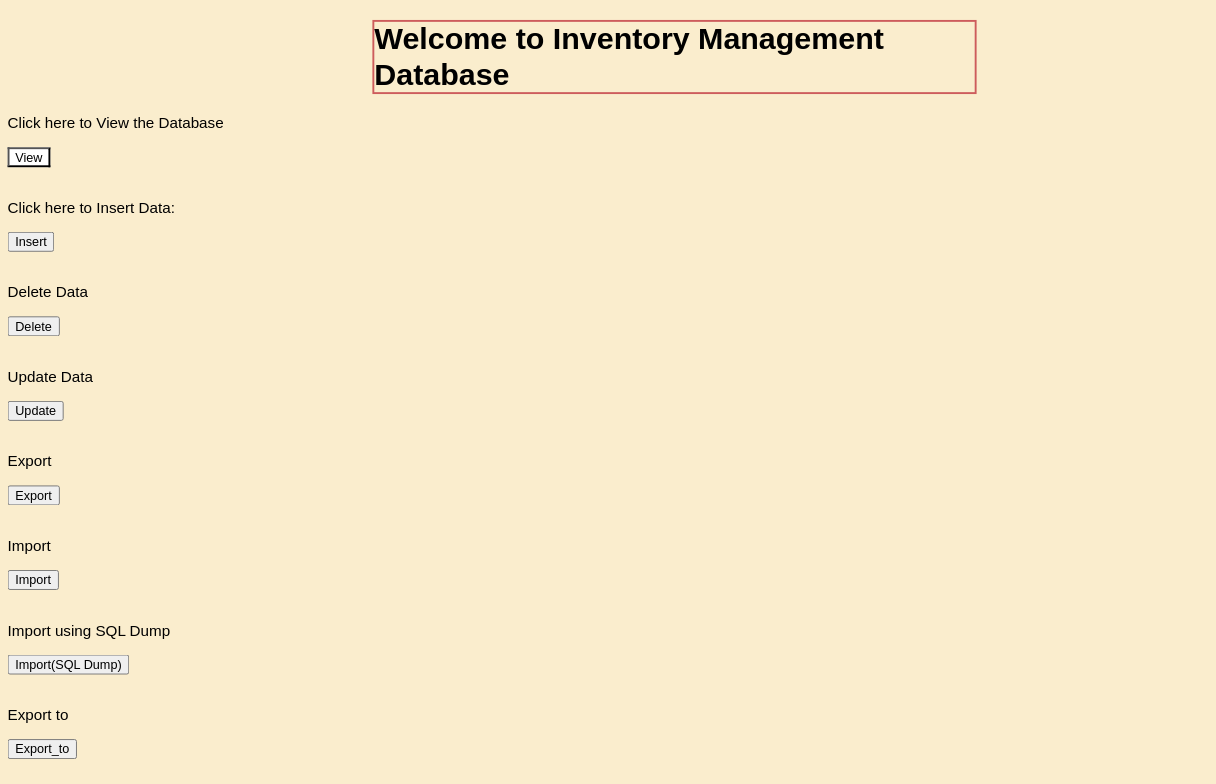
Repository: cyrusdwivedi2002/inventory-management-system
Page: DemoApp/src/main/webapp/Mainpage.html
An editor plug-in stored every save of this project. The page is shown before and after the next save, followed by the edit.
The browser window is 1280 px wide. The pictures show the whole page, at 95% of full size.
Some web fonts or font styles are not loaded; a fallback is used.

Above is the page before, as saved 2022-06-24 18:23:47.

After the next save:
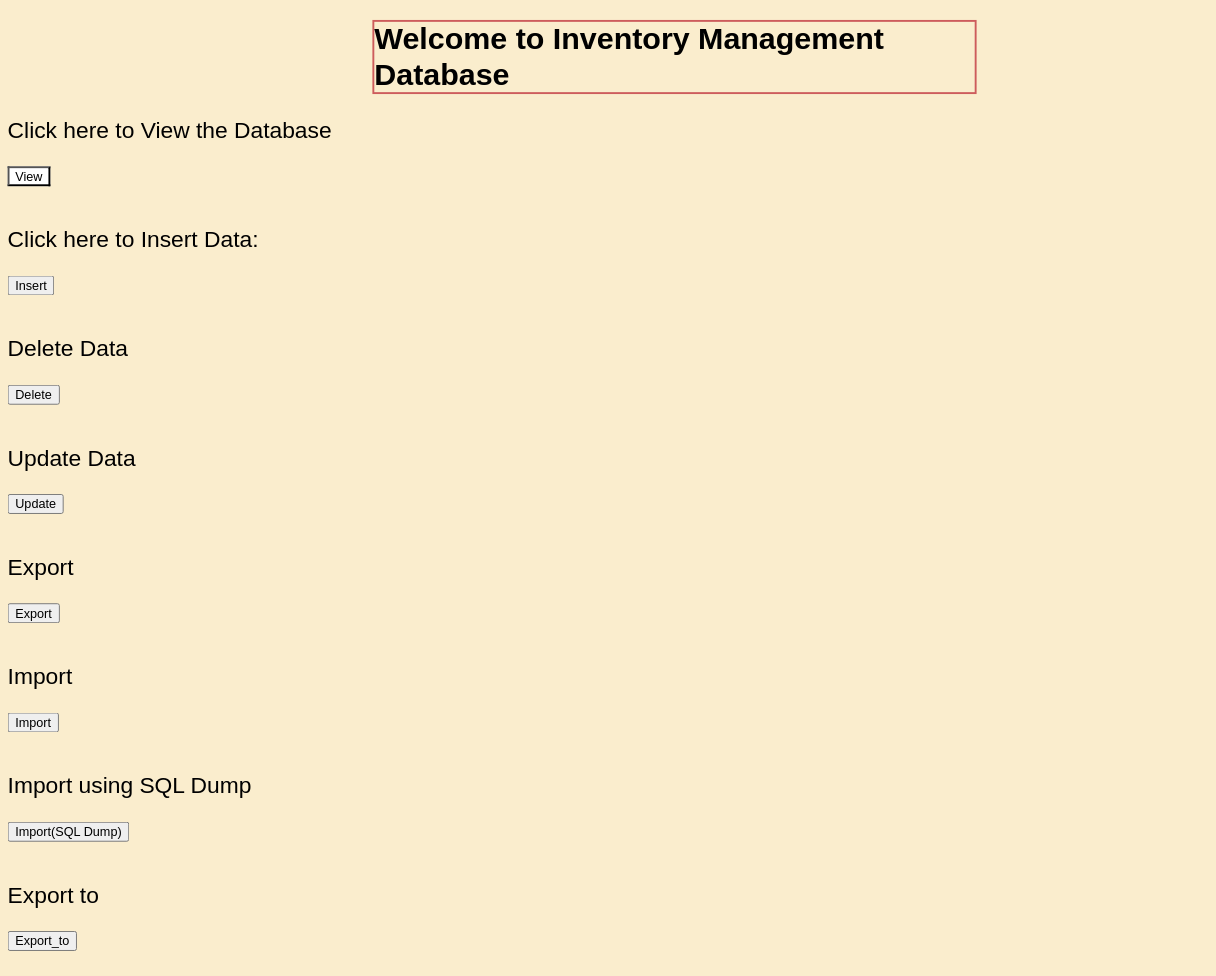
Saved 5 min 5 s later.
--- a/DemoApp/src/main/webapp/Mainpage.html
+++ b/DemoApp/src/main/webapp/Mainpage.html
@@ -17,6 +17,9 @@ color: black;
 width: 50%;
 margin-left:12em;
 border: 2px solid indianred;
+}
+p{
+font-size:x-large;
 }
 </style>
 <title>Inventory management System</title>
